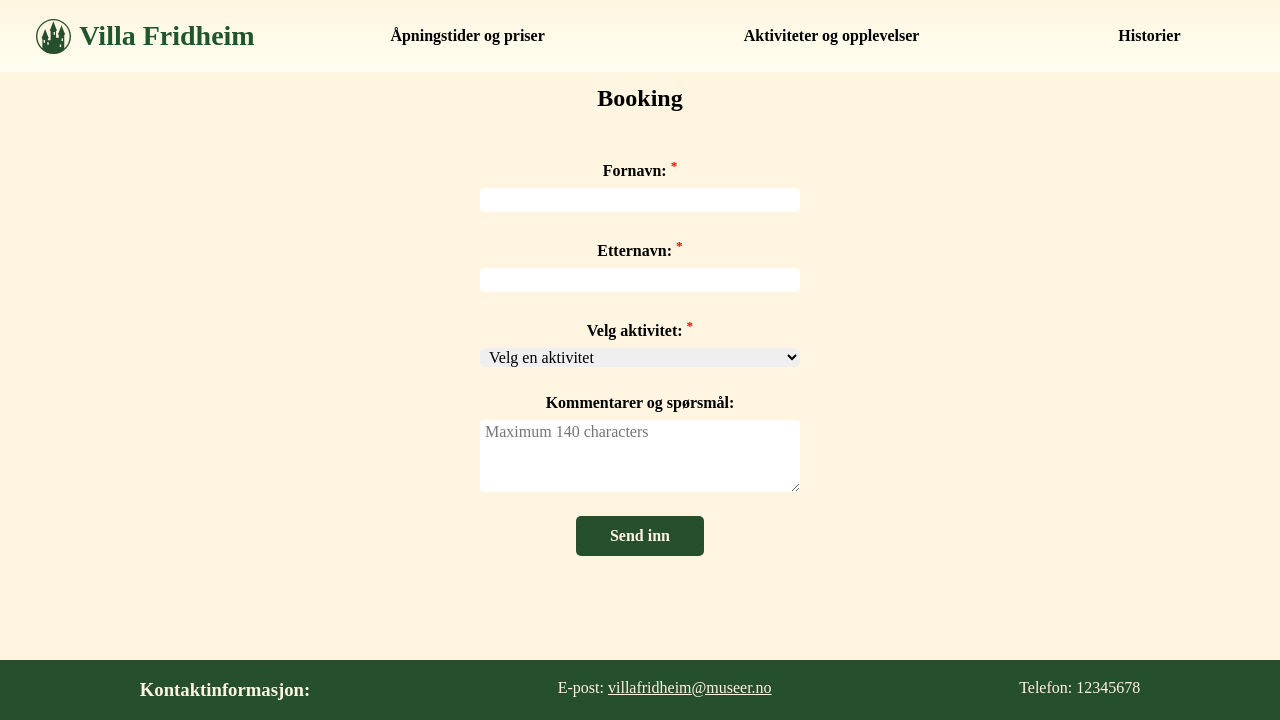
Repository: IdaHolmen/villa-fridheim
Page: src/booking.html
These files come from the project's save history. The page is drawn as it stood at one moment and after the next save; the edit follows.
The browser window is 1280 px wide. The pictures show the whole page.
Some web fonts or font styles are not loaded; a fallback is used.

Above is the page before, as saved 2024-10-12 16:29:13.

After the next save:
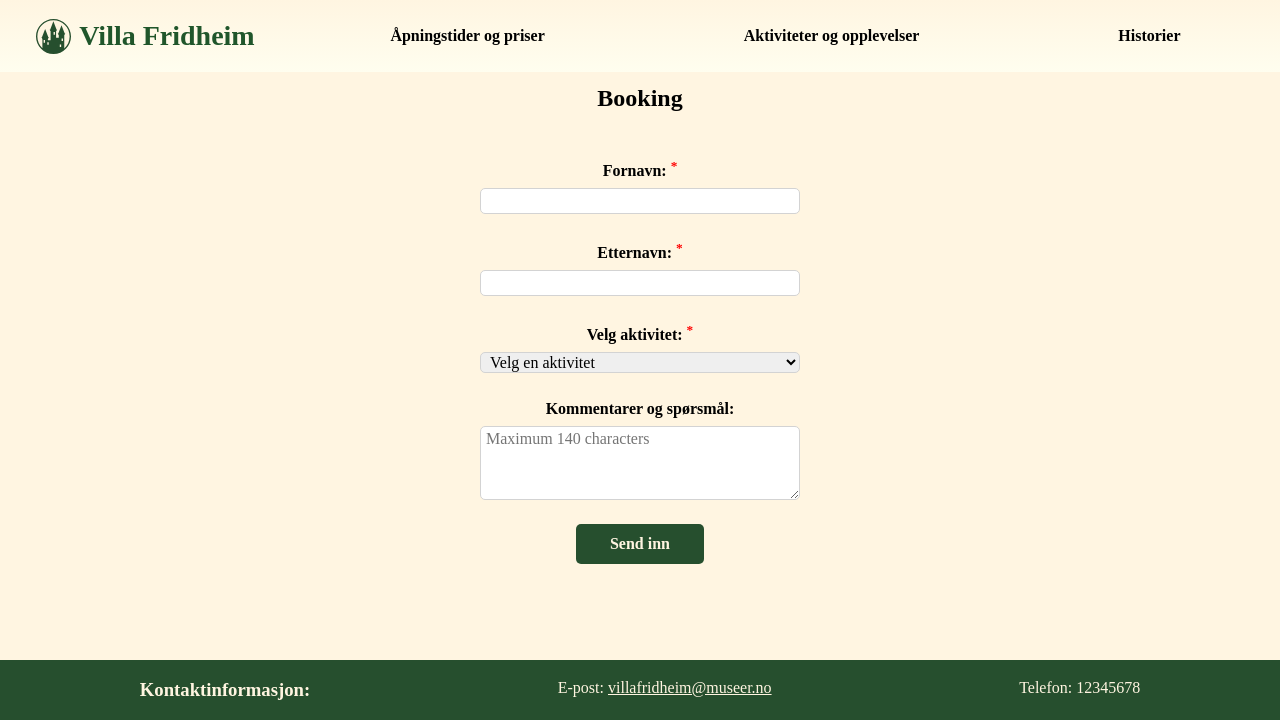
Saved 21 s later.
--- a/css/style.css
+++ b/css/style.css
@@ -231,7 +231,7 @@ textarea {
     width: 20rem;
     padding-left: 5px;
     border-radius: 5px;
-    border: none;
+    border: 1px solid lightgray;
 }
 
 label {
